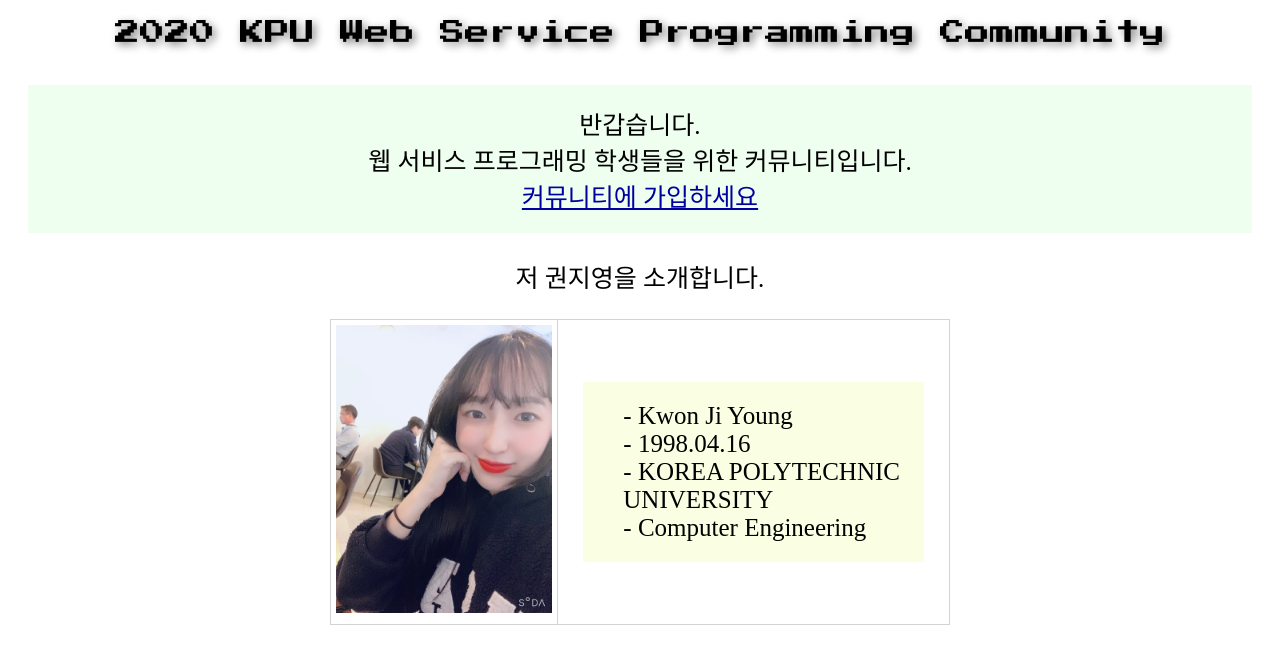
Repository: JiYoung-Kwon/WebProgramming
Page: workspace_20206R/kwonjiyoung_reg/WebContent/welcome.html
An editor plug-in stored every save of this project. The page is shown before and after the next save, followed by the edit.
The browser window is 1280 px wide. The pictures show the whole page.
Some web fonts or font styles are not loaded; a fallback is used.

Above is the page before, as saved 2020-10-07 08:00:02.

### workspace_20206R/kwonjiyoung_reg/WebContent/welcome.html
<!DOCTYPE html>
<html>

<head>
<meta charset="UTF-8">
<title>Web Service Programming Homework</title>
<link rel="stylesheet" href="resources/register.css" type="text/css"></link>
</head>

<body>
	<header> 2020 KPU Web Service Programming Community </header>

	<audio src="resources/물방울 - Tido Kang.mp3" autoplay>
	</audio>


	<p id=sect>
		반갑습니다. <br> 웹 서비스 프로그래밍 학생들을 위한 커뮤니티입니다. <br>
		<a	href="http://localhost:8080/kwonjiyoung_reg/StudentServlet?cmd=join" target="_self"> 커뮤니티에 가입하세요</a>
	</p>

	<div>
		<p>저 권지영을 소개합니다.</p>

		<div>
			<table>
				<tr>
					<th> <img src="resources/Jiyoung.jpg" alt="jiyoung" width="216"height="288"></th>
					<td>
						<ul>
							<li> - Kwon Ji Young</li>
							<li> - 1998.04.16</li>
							<li> - KOREA POLYTECHNIC UNIVERSITY </li>
							<li> - Computer Engineering </li>
						 </ul>
					</td>
				</tr>

			</table>
		</div>
	</div>
</body>
</html>

### workspace_20206R/kwonjiyoung_reg/WebContent/resources/register.css
@charset "UTF-8";
@import url('https://fonts.googleapis.com/css2?family=Press+Start+2P&display=swap');
@import url('https://fonts.googleapis.com/css2?family=Nanum+Pen+Script&display=swap');
	header
	{
		margin : 20px 10px 40px 10px;
		font-family: 'Press Start 2P', cursive;
		font-size: 25px;
		text-shadow: 3px 3px 8px gray;
		text-align: center;
	}
	body{
		color: black;
		font-family: 'Nanum Pen Script', cursive;
		font-size: 25px;
	}
	div{
		margin-left: auto;
		margin-right: auto;
		width: 70%;
		text-align: center;
	}
	ul{
		list-style:none;
		text-align:left;
		background-color:#FAFEE2;
		margin-left:20px;
		margin-right: 20px;
		padding-top:20px; padding-bottom:20px;
	}
	#sect{
		background-color:#EFFFEF;
		text-align:center;
		margin:20px;
		padding:20px;
	}
	a{
		text-decoration: underline;
		color: #0000a0;
	}
	table{
		border-collapse: collapse;
		width:100%;
	}
	th{
		border: 1px solid lightgray;
		padding: 5px;
		width: 30%;
	}
	td{
		border: 1px solid lightgray;
		padding: 5px;
		width: 70%;
	}

After the next save:
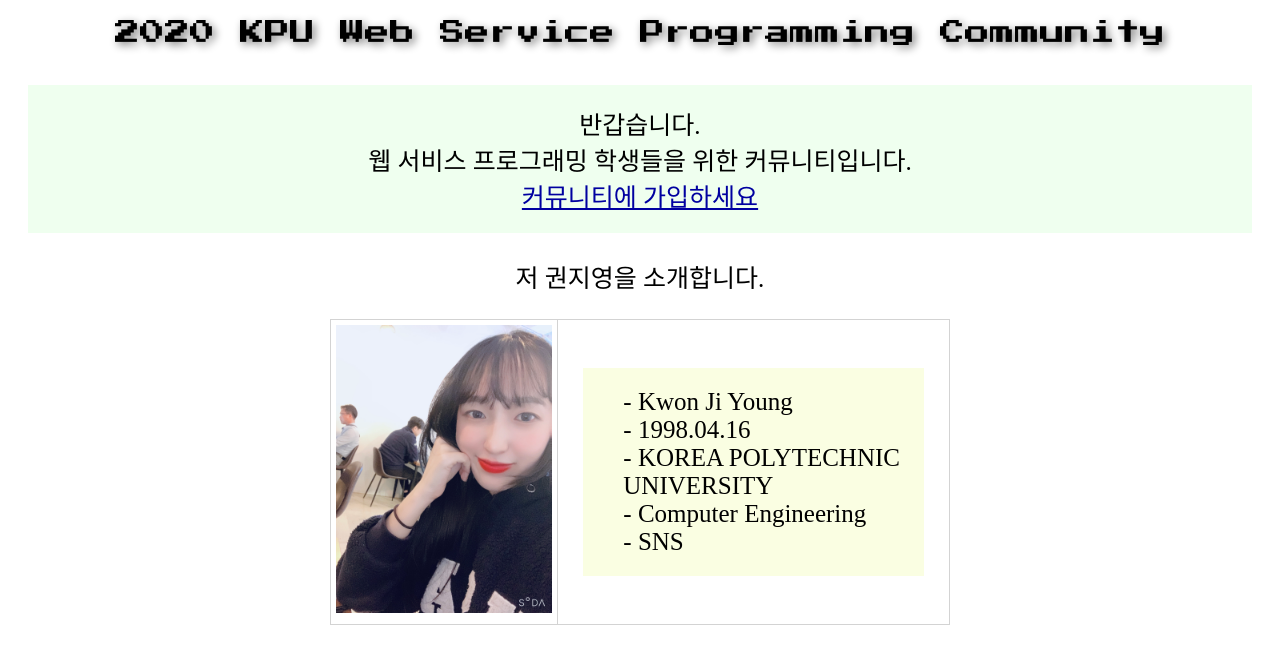
Saved 106 s later.
--- a/workspace_20206R/kwonjiyoung_reg/WebContent/welcome.html
+++ b/workspace_20206R/kwonjiyoung_reg/WebContent/welcome.html
@@ -30,8 +30,9 @@
 						<ul>
 							<li> - Kwon Ji Young</li>
 							<li> - 1998.04.16</li>
-							<li> - KOREA POLYTECHNIC UNIVERSITY </li>
-							<li> - Computer Engineering </li>
+							<li> - KOREA POLYTECHNIC UNIVERSITY</li>
+							<li> - Computer Engineering</li>
+							<li> - SNS</li>
 						 </ul>
 					</td>
 				</tr>
